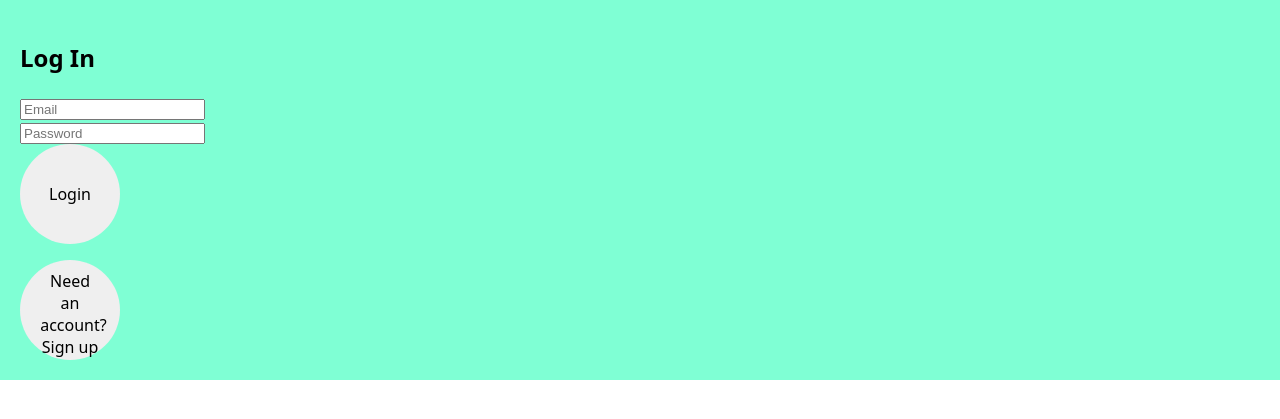
Repository: rosieomusic/chore-app
Page: /
An editor plug-in stored every save of this project. The page is shown before and after the next save, followed by the edit.
The browser window is 1280 px wide. The pictures show the whole page.
The project was rebuilt for these pictures with package versions that can differ from the ones it lists, and the page was loaded fresh each time. Also part of the build but not shown: vite.config.js, src/components/ChoreListComponent.jsx.

Above is the page before, as saved 2025-06-08 16:17:39.

After the next save:
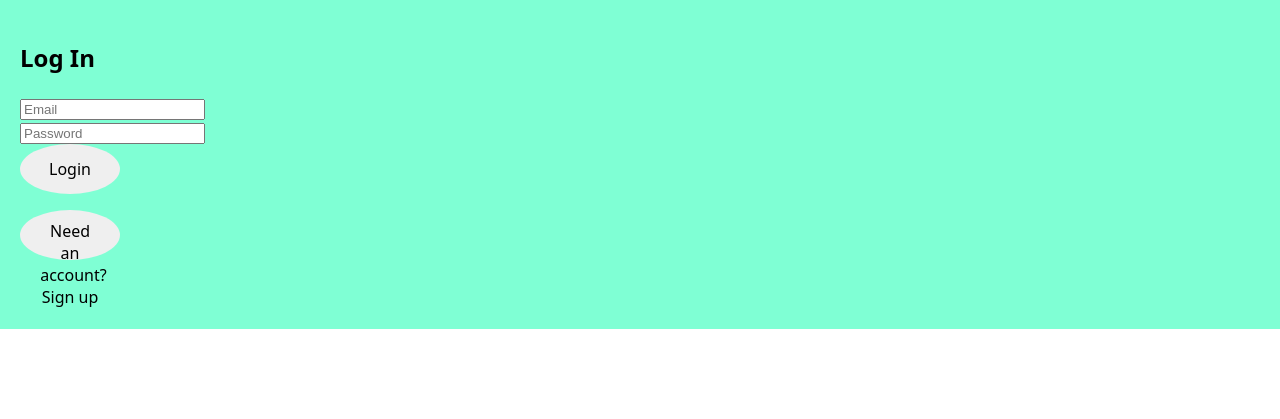
Saved 7 s later.
--- a/src/App.css
+++ b/src/App.css
@@ -11,7 +11,7 @@
 }
 button {
 	width: 100px;
-	height: 100px;
+	height: 50px;
 	border-radius: 50%;
 }
 
